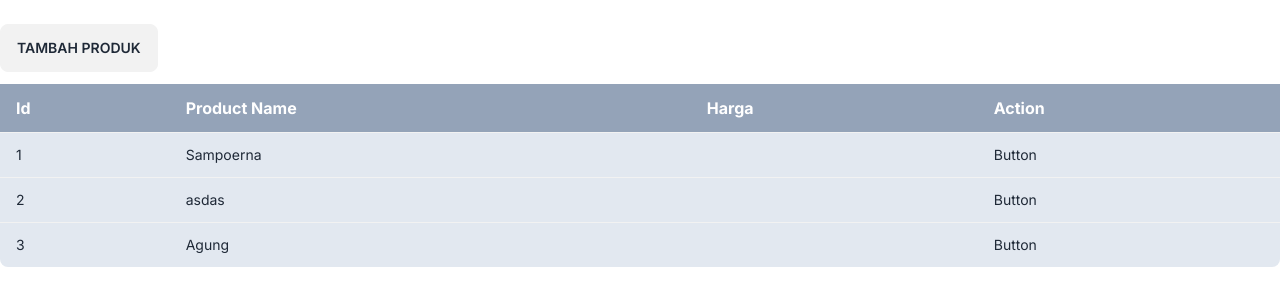
Repository: KilluaProject/Database-item
Page: /
These files come from the project's save history. The page is drawn as it stood at one moment and after the next save; the edit follows.
The browser window is 1280 px wide. The pictures show the whole page.
The project was rebuilt for these pictures with package versions that can differ from the ones it lists, and the page was loaded fresh each time. The framework's server and built-in components were replaced by stand-ins that run in the browser. Requests to the local data server were answered from the project's data file. Also part of the build but not shown: next.config.js.

Above is the page before, as saved 2023-07-08 16:20:22.

### app/layout.jsx
import './globals.css'
import { Inter } from 'next/font/google'

const inter = Inter({ subsets: ['latin'] })

export const metadata = {
  title: 'Create Next App',
  description: 'Generated by create next app',
}

export default function RootLayout({ children }) {
  return (
    <html data-theme="light" lang="en">
      <body className={inter.className}>{children}</body>
    </html>
  )
}

### app/page.jsx
import AddProduk from "./components/AddProduk"

async function getProducts(){
  const res =  await fetch("http://localhost:5000/products",{ cache: "no-cache" })
  const data = res.json()
  return data
}


export default async function Home() {

  const Products = await getProducts()

  return (
   <div className="container mx-auto py-6">

    <AddProduk/>

      <table className="table w-full rounded-lg bg-slate-200 mt-3">
        <thead className="font-bold text-base bg-slate-400 text-white">
          <tr>
            <th>Id</th>
            <th>Product Name</th>
            <th>Harga</th>
            <th>Action</th>
          </tr>
        </thead>
        <tbody>
          {Products.map((product,index) => {
            return (
            <tr key={product.id}>
              <td>{index + 1}</td>
              <td>{product.title}</td>
              <td>{product.harga}</td>
              <td>Button</td>
            </tr>
            )
          })}

        </tbody>
      </table>


   </div>
  )
}

### app/components/AddProduk.jsx
"use client"

import React, { useState } from 'react'
import { useRouter } from 'next/navigation'

export default function AddProduk() {

    const [title, setTitle] = useState("")
    const [price, setPrice] = useState("")
    const [modal, setModal] = useState(false)

    function handleChange(){
        setModal(!modal)
    }
    const router = useRouter();

    async function handleSubmit(e){
        e.preventDefault();

        await fetch ("http://localhost:5000/products" , {
            method: "POST",
            header: {
                "Content-Type" : "application/json",
            },
            body: JSON.stringify({
                title : title,
                price : price,
            })

        });
        setTitle("");
        setPrice("");
        rounter.refresh();
        setModal(false)
    }

  return (
    <div>
        <button className="btn" onClick={handleChange}>Tambah Produk</button>
        <input type="checkbox" checked={modal} onChange={handleChange} className="modal-toggle" />

        <div className="modal">
            <div className="modal-box">
                <h3 className="font-bold">Add New Product</h3>
                <form onSubmit={handleSubmit}>
                    <div className="form-control">
                        <label className="label">Nama Produk</label>
                        <input value={title} onChange={(e) => setTitle(e.target.value)} type="text" className="input w-full input-bordered" />
                    </div>
                    <div className="form-control">
                        <label className="label ">Harga</label>
                        <input value={price} onChange={(e) => setPrice(e.target.value)} type="text" className="input w-full input-bordered" />
                    </div>
                    <div className="modal-action">
                        <button type="button" className="btn" onClick={handleChange}>Close</button>
                        <button type="button" className="btn btn-primary" onClick={handleChange}> Save</button>
                    </div>
                </form>

            </div>
        </div>

    </div>
  )
}

### tailwind.config.js
/** @type {import('tailwindcss').Config} */
module.exports = {

  content: [
    './pages/**/*.{js,ts,jsx,tsx,mdx}',
    './components/**/*.{js,ts,jsx,tsx,mdx}',
    './app/**/*.{js,ts,jsx,tsx,mdx}',
  ],
  theme: {
    extend: {
      backgroundImage: {
        'gradient-radial': 'radial-gradient(var(--tw-gradient-stops))',
        'gradient-conic':
          'conic-gradient(from 180deg at 50% 50%, var(--tw-gradient-stops))',
      },
    },
  },

  daisyui: {
    themes: ["light", "dark", "cupcake"],
  },

  plugins: [require("daisyui")],
}

### db.json
{
  "products": [
    {
      "id": 1,
      "title": "Sampoerna",
      "price": 2000
    },
    {
      "title": "asdas",
      "price": "200",
      "id": 2
    },
    {
      "title": "Agung",
      "price": "400",
      "id": 3
    }
  ]
}

Loaded but not shown: app/globals.css (common file)

After the next save:
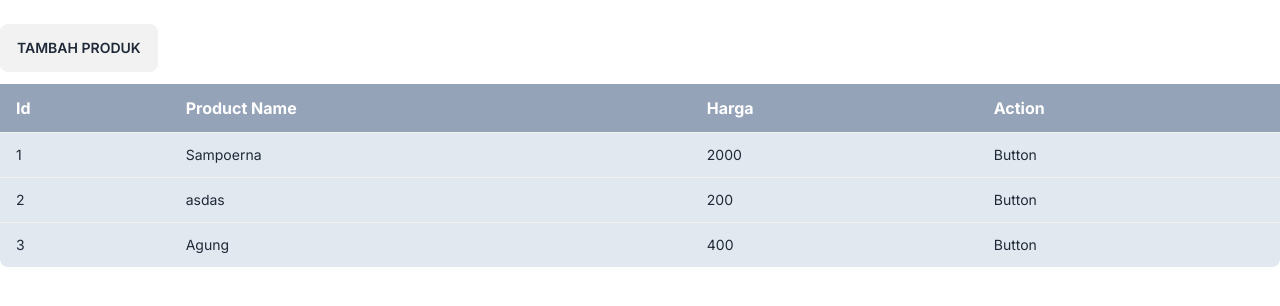
Saved 7 s later.
--- a/app/page.jsx
+++ b/app/page.jsx
@@ -31,7 +31,7 @@ export default async function Home() {
             <tr key={product.id}>
               <td>{index + 1}</td>
               <td>{product.title}</td>
-              <td>{product.harga}</td>
+              <td>{product.price}</td>
               <td>Button</td>
             </tr>
             )
